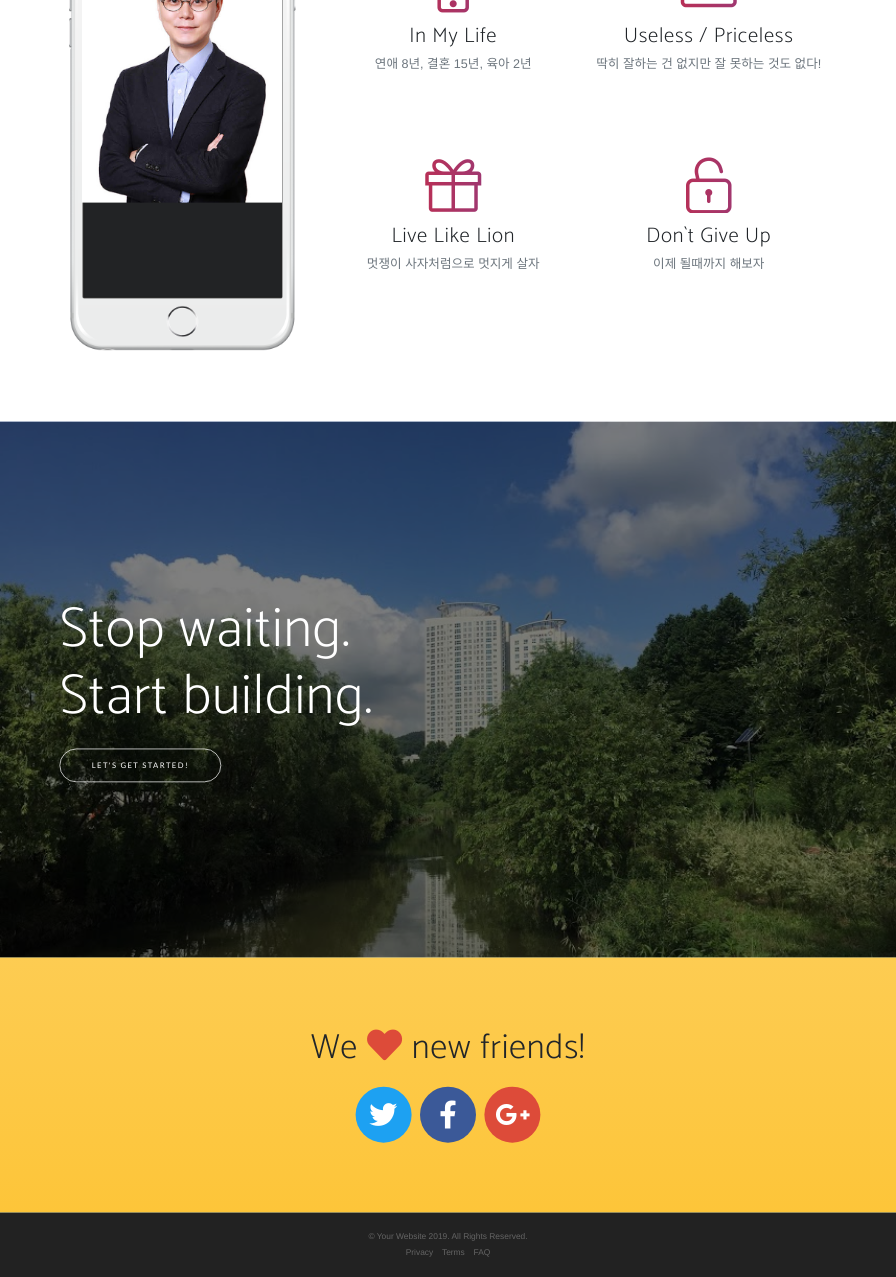
Repository: wijune0327/wijune0327.github.com
Page: introduce/index.html
The author's editor kept a record of every edit. The page is drawn from the files as they stood at one moment, then again after the next edit.
The browser window is 1280 px wide. The pictures show the part of the page from y = 1749 to 3669 px (the page is 3573 px tall before and 3669 px after), at 70% of full size.
Some web fonts or font styles are not loaded; a fallback is used.

Above is the page before.

After the next edit:
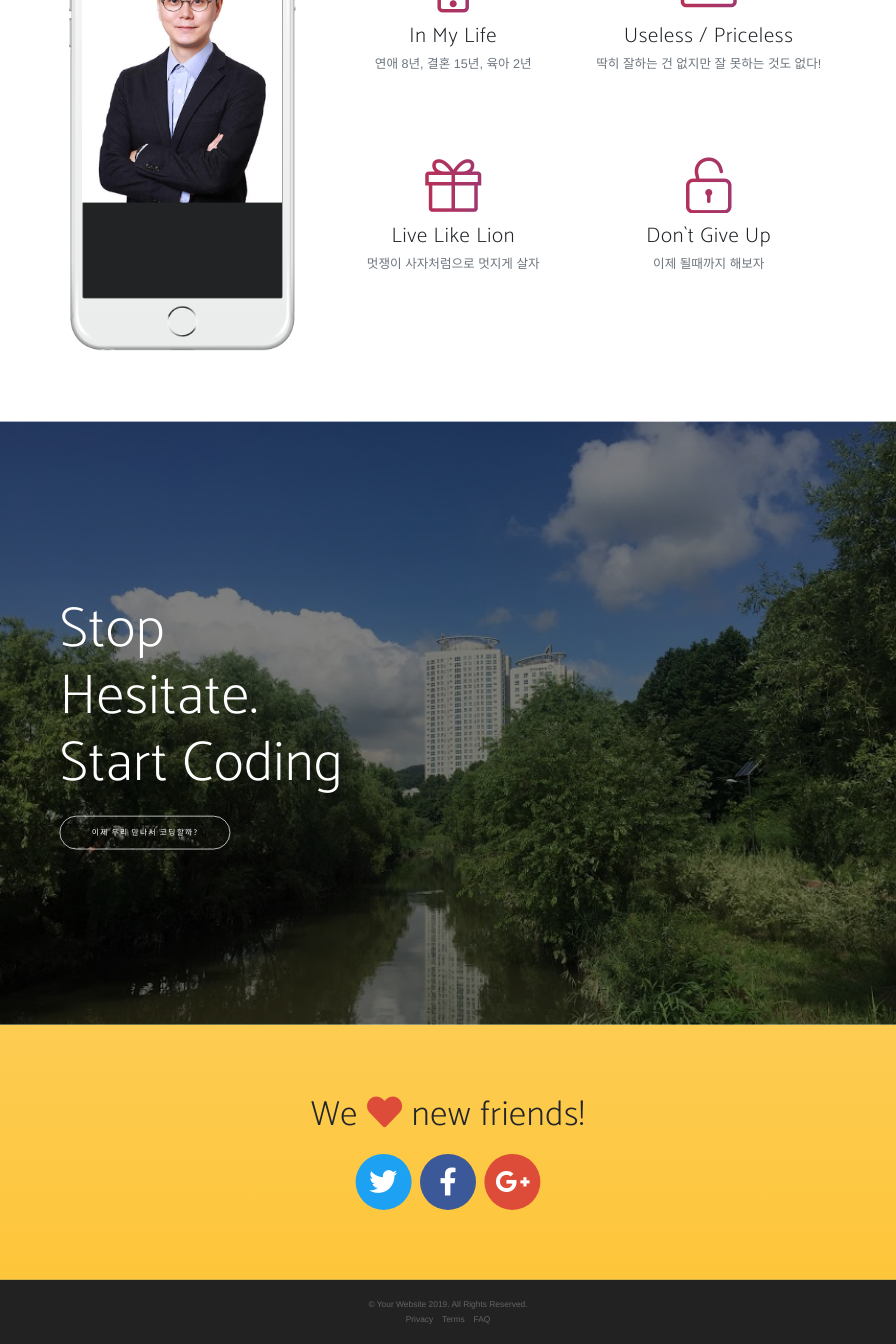
The edit:
--- a/introduce/index.html
+++ b/introduce/index.html
@@ -163,8 +163,8 @@
   <section class="cta">
     <div class="cta-content">
       <div class="container">
-        <h2>Stop waiting.<br>Start building.</h2>
-        <a href="#contact" class="btn btn-outline btn-xl js-scroll-trigger">Let's Get Started!</a>
+        <h2>Stop Hesitate.<br>Start Coding</h2>
+        <a href="#contact" class="btn btn-outline btn-xl js-scroll-trigger">이제 우리 만나서 코딩할까?</a>
       </div>
     </div>
     <div class="overlay"></div>
